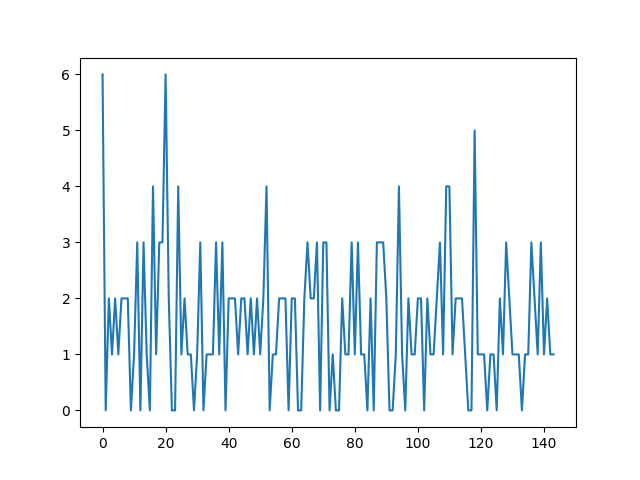
Repository: nelsonalexandrino/python_matplotlib_datavisualization_
Script's output: python LineAndScatterSplots.py
An editor plug-in stored every save of this project. The script's output is shown before and after the next save, followed by the edit.
Random numbers start from a fixed seed.

Above is the script's output before, as saved 2019-08-25 10:14:50.

### LineAndScatterSplots.py
import matplotlib.pyplot as pyplot

with open('Goals.txt', 'r') as file:
    HomeTeamGoals = [int(x) for x in file.readline().strip(
        '\n').strip(' ').split(' ')]
    AwayTeamGoals = [int(x) for x in file.readline().strip(
        '\n').strip(' ').split(' ')]

xAxis = []
for i in range(len(HomeTeamGoals)):
    xAxis.append(i)

pyplot.plot(xAxis, HomeTeamGoals)
pyplot.show()

### Goals.txt
6 0 2 1 2 1 2 2 2 0 1 3 0 3 1 0 4 1 3 3 6 2 0 0 4 1 2 1 1 0 1 3 0 1 1 1 3 1 3 0 2 2 2 1 2 2 1 2 1 2 1 2 4 0 1 1 2 2 2 0 2 2 0 0 2 3 2 2 3 0 3 3 0 1 0 0 2 1 1 3 1 3 1 1 0 2 0 3 3 3 2 0 0 1 4 1 0 2 1 1 2 2 0 2 1 1 2 3 1 4 4 1 2 2 2 1 0 0 5 1 1 1 0 1 1 0 2 1 3 2 1 1 1 0 1 1 3 2 1 3 1 2 1 1
0 2 1 0 0 1 1 1 2 2 0 1 2 1 0 0 4 2 0 1 0 1 4 0 1 3 0 1 0 2 5 0 0 1 3 2 1 0 3 1 3 0 1 1 1 1 1 2 0 0 2 0 0 0 1 1 2 1 1 0 1 1 1 3 0 1 1 1 3 3 1 0 0 3 2 0 0 3 2 0 0 0 1 0 3 5 2 2 1 1 3 0 1 0 2 2 1 2 2 4 1 1 0 2 1 1 1 1 3 1 0 1 1 1 3 1 2 0 0 1 0 0 1 0 0 1 2 0 1 0 1 1 0 1 2 1 0 1 2 0 1 0 1 2

After the next save:
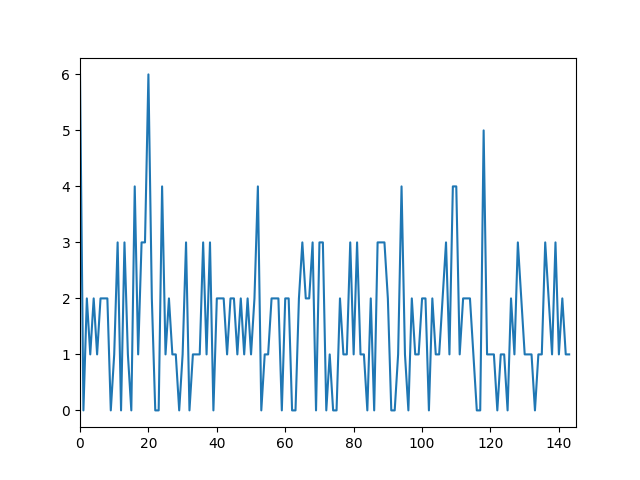
Saved 113 s later.
--- a/LineAndScatterSplots.py
+++ b/LineAndScatterSplots.py
@@ -11,4 +11,5 @@ for i in range(len(HomeTeamGoals)):
     xAxis.append(i)
 
 pyplot.plot(xAxis, HomeTeamGoals)
+pyplot.xlim(0, 145)
 pyplot.show()
